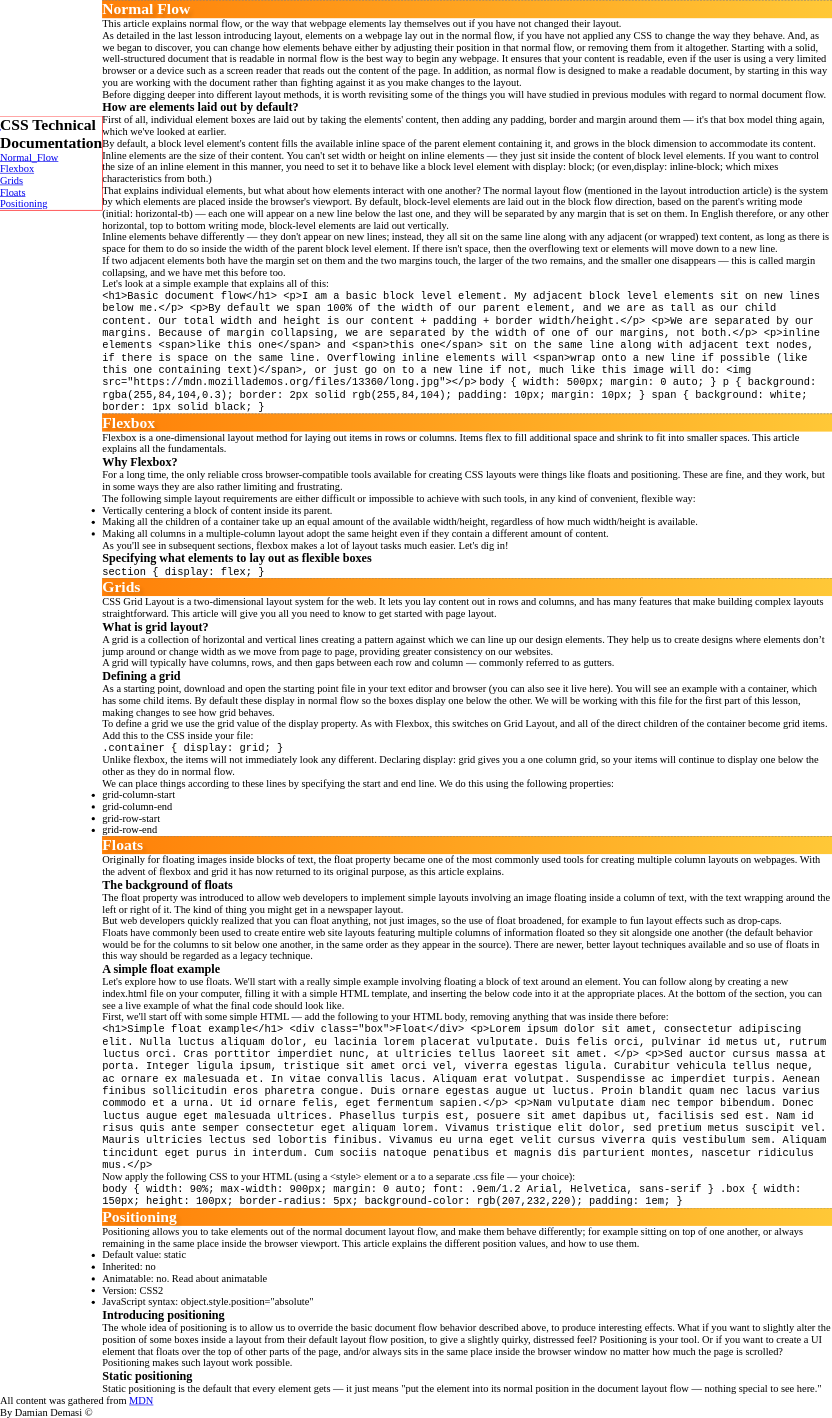
Repository: Colo-Codes/freecodecamp-04-Technical-Documentation-Page
Page: index.html
These files come from the project's save history. The page is drawn as it stood at one moment and after the next save; the edit follows.
The browser window is 1280 px wide. The pictures show the whole page, at 65% of full size.

Above is the page before, as saved 2021-05-21 12:22:44.

After the next save:
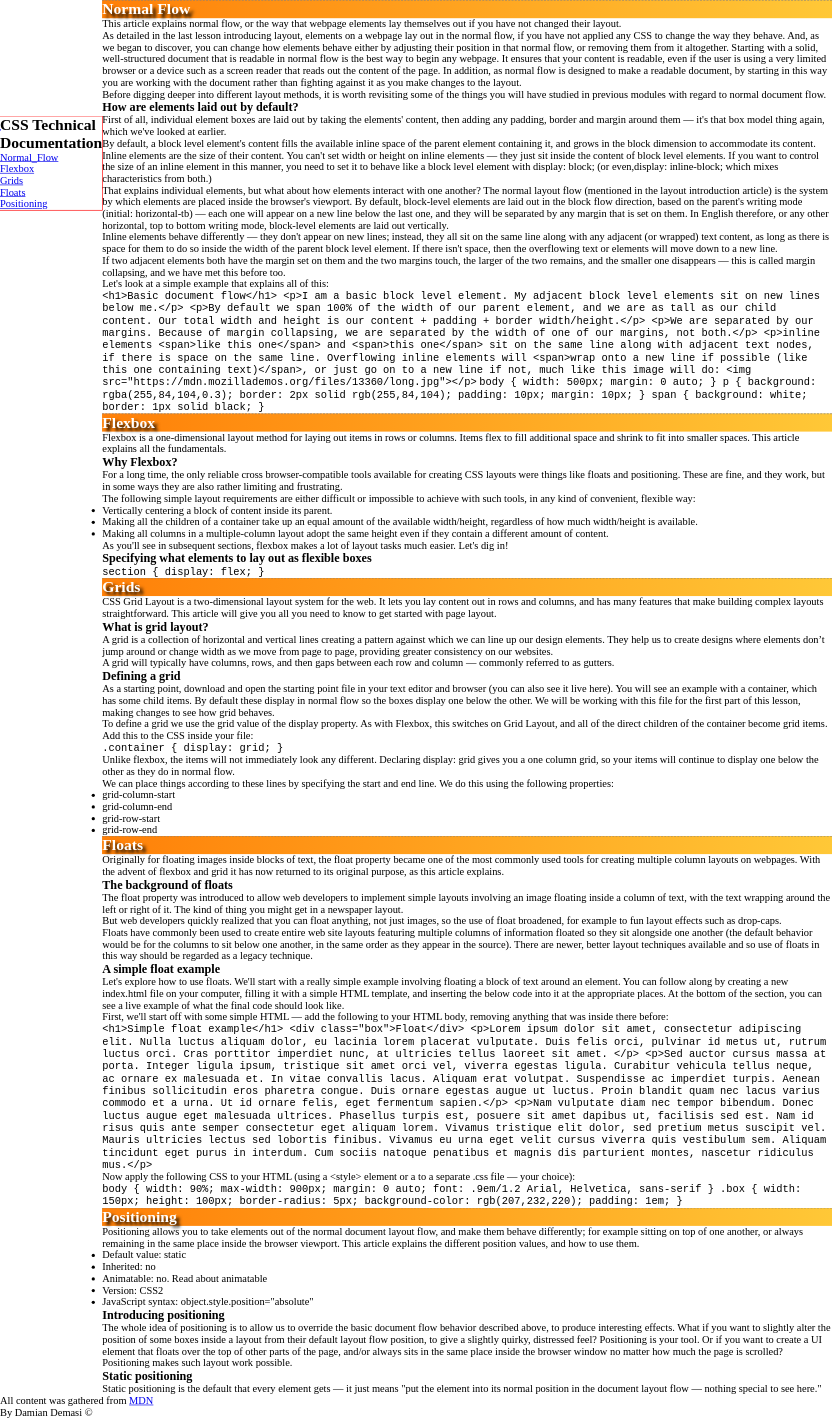
Saved 6 s later.
--- a/resources/css/index.css
+++ b/resources/css/index.css
@@ -47,5 +47,5 @@ main {
     color: white;
 }
 .section-header h2 {
-    text-shadow: 5px 5px 5px rgba(0, 0, 0, .1);
+    text-shadow: 5px 5px 5px rgba(0, 0, 0, 1);
 }
